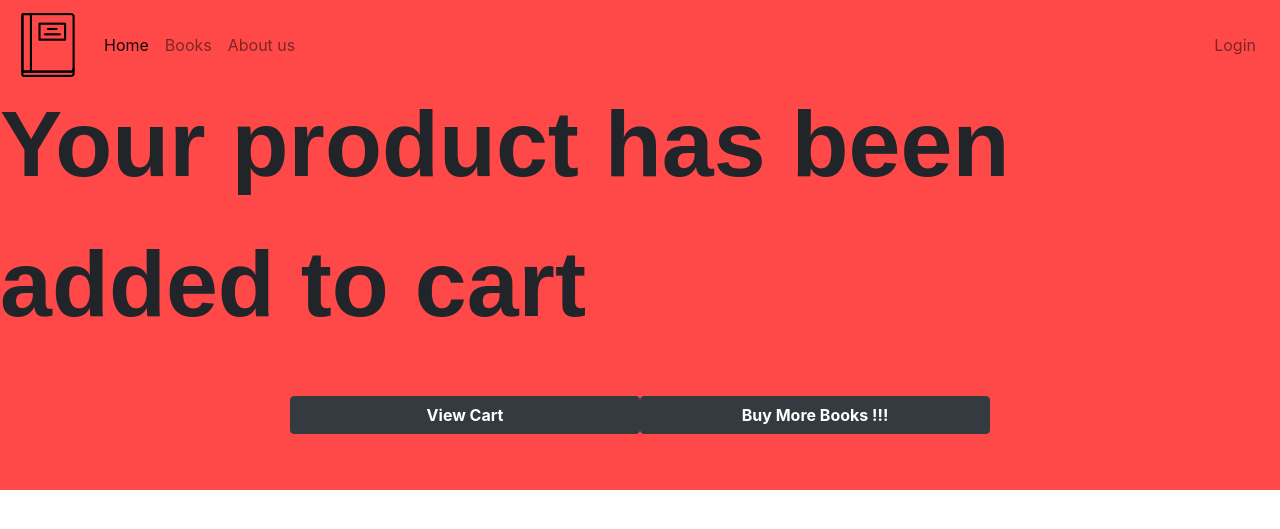
Repository: abhishekgandhi2398/BookStore
Page: http://localhost/BookStore/addedtocart.jsp
An editor plug-in stored every save of this project. The page is shown before and after a run of saves, followed by the edit.
The browser window is 1280 px wide. The pictures show the whole page.
The page is served by Tomcat 9.

Above is the page before, as saved 2019-12-06 12:59:05.
Console error: TypeError: Cannot read properties of undefined (reading 'fn')

After the next 2 saves:
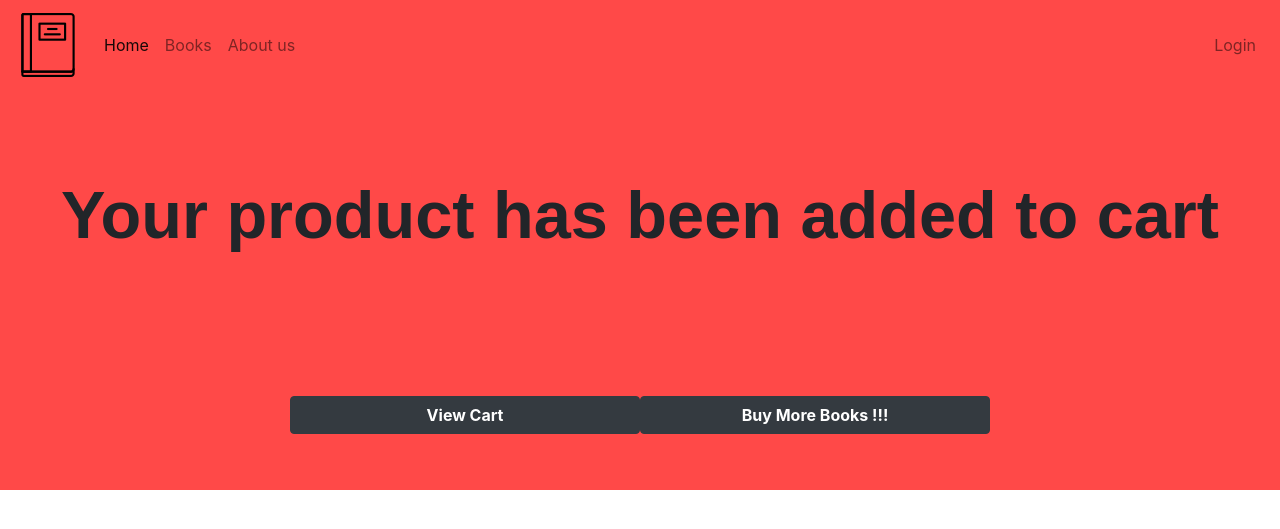
The 2 saves are shown as one change because they came seconds apart.
The last was saved 22 s later.
--- a/ProjectJava/BookStore/WebContent/addedtocart.jsp
+++ b/ProjectJava/BookStore/WebContent/addedtocart.jsp
@@ -71,9 +71,9 @@ else
 
 
 <div style="background-color: #FF4948; height: 250px; width: 100%;" class="d-flex justify-content-center  align-items-center">
-
-		<b style="font-family: sans-serif; font-size: 70pt;">Your product has been added to cart</b>
-
+		<br>
+		<b style="font-family: sans-serif; font-size: 50pt;">Your product has been added to cart</b>
+		<br>
 </div>
 
 
